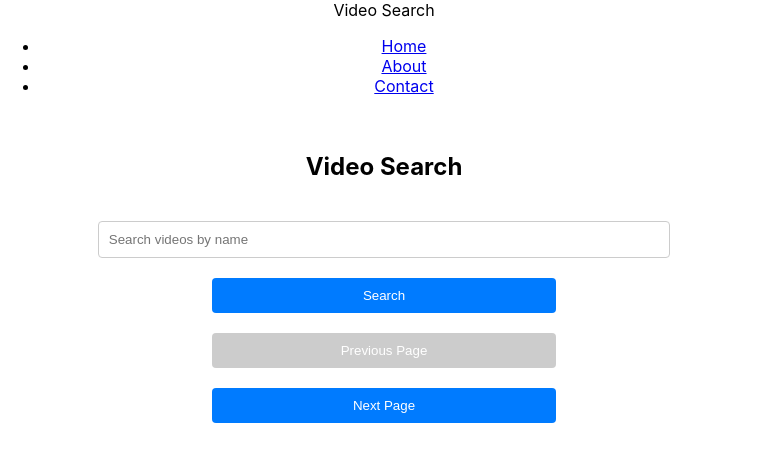
Repository: LolaSL/video-search
Page: /
The author's editor kept a copy of each file at every save. The page is drawn from the files as they stood at one save, then again after the next save.
The browser window is 768 px wide. The pictures show the whole page.
The project was rebuilt for these pictures with package versions that can differ from the ones it lists, and the page was loaded fresh each time.

Above is the page before, as saved 2023-08-12 13:22:30.

After the next save:
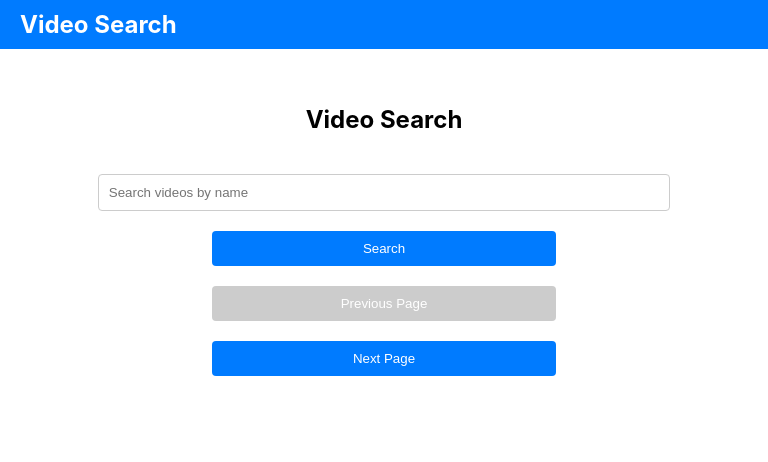
Saved 68 s later.
--- a/src/App.css
+++ b/src/App.css
@@ -62,6 +62,86 @@ iframe {
 .pagination button {
   margin-right: 10px;
 }
+/* Navbar styles */
+.navbar {
+  display: flex;
+  justify-content: space-between;
+  align-items: center;
+  background-color: #007bff;
+  padding: 10px 20px;
+  color: #fff;
+}
+
+.navbar-brand {
+  font-size: 24px;
+}
+
+.navbar-logo {
+  font-weight: bold;
+}
+
+.navbar-toggler {
+  display: none;
+}
+
+.navbar-nav {
+  list-style: none;
+  display: flex;
+  align-items: center;
+}
+
+.nav-item {
+  margin-right: 20px;
+}
+
+.nav-link {
+  color: #fff;
+  text-decoration: none;
+  font-weight: bold;
+}
+
+.nav-link:hover {
+  text-decoration: underline;
+}
+
+/* Responsive styles */
+@media (max-width: 768px) {
+  .navbar-nav {
+    display: none;
+    flex-direction: column;
+    position: absolute;
+    top: 50px;
+    left: 0;
+    width: 100%;
+    background-color: #007bff;
+    text-align: center;
+  }
+
+  .navbar-toggler {
+    display: block;
+    cursor: pointer;
+  }
+
+  .navbar-toggler span {
+    width: 30px;
+    height: 3px;
+    background-color: #fff;
+    margin: 4px 0;
+    display: block;
+  }
+
+  .navbar-collapse {
+    display: none;
+  }
+
+  .navbar-show {
+    display: block;
+  }
+
+  .nav-item {
+    margin: 10px 0;
+  }
+}
 
 @media screen and (max-width: 768px) {
 
